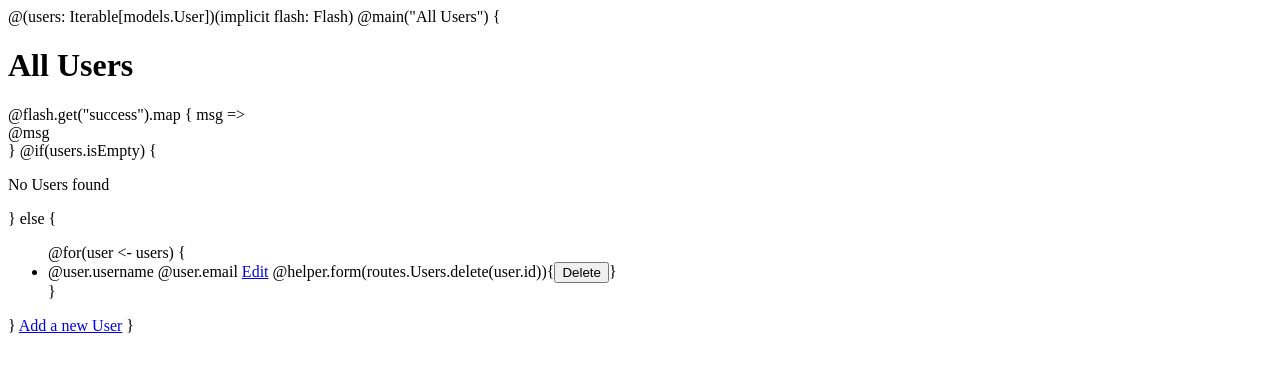
Repository: mlvhub/Learning
Page: Scala/Play!/UserAdmin/app/views/users/list.scala.html
The author's editor kept a copy of each file at every save. The page is drawn from the files as they stood at one save, then again after the next save.
The browser window is 1280 px wide. The pictures show the whole page.

Above is the page before, as saved 2014-01-02 06:12:08.

### Scala/Play!/UserAdmin/app/views/users/list.scala.html
@(users: Iterable[models.User])(implicit flash: Flash)

@main("All Users") {
  <h1>All Users</h1>
  @flash.get("success").map { msg =>
      <div class="flash">@msg</div>
  }
  @if(users.isEmpty) {
      <p>No Users found</p>
  } else {
      <ul>
      @for(user <- users) {
              <li>@user.username @user.email
              <a href="@routes.Users.edit(user.id)">Edit</a>
              @helper.form(routes.Users.delete(user.id)){<button type="submit">Delete</button>}</li>
      }
      </ul>
  }
  <a href="@routes.Users.add">Add a new User</a>
}

After the next save:
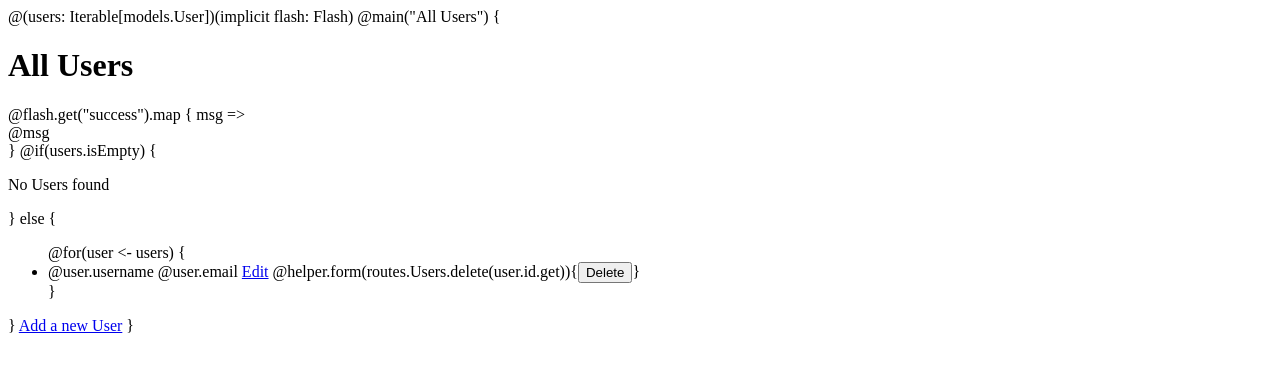
Saved 24 min 46 s later.
--- a/Scala/Play!/UserAdmin/app/views/users/list.scala.html
+++ b/Scala/Play!/UserAdmin/app/views/users/list.scala.html
@@ -12,7 +12,7 @@
       @for(user <- users) {
               <li>@user.username @user.email
               <a href="@routes.Users.edit(user.id)">Edit</a>
-              @helper.form(routes.Users.delete(user.id)){<button type="submit">Delete</button>}</li>
+              @helper.form(routes.Users.delete(user.id.get)){<button type="submit">Delete</button>}</li>
       }
       </ul>
   }
